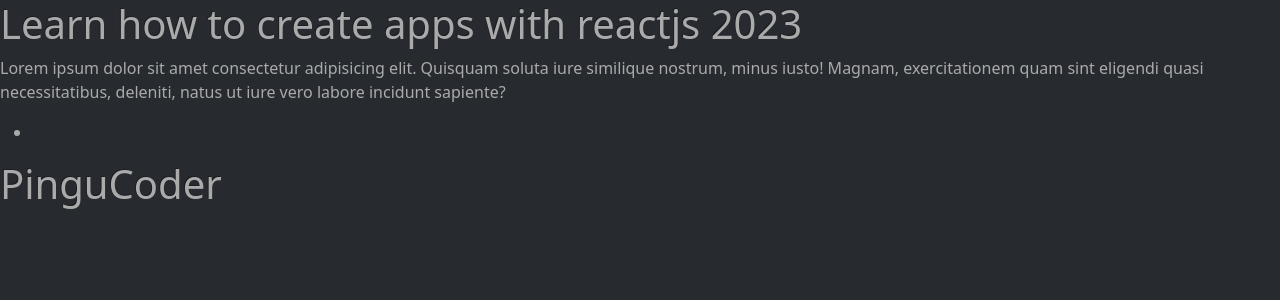
Repository: chanwarichawki/React-BC
Page: /
The author's editor kept a copy of each file at every save. The page is drawn from the files as they stood at one save, then again after a run of saves.
The browser window is 1280 px wide. The pictures show the whole page.
Some web libraries are served in a nearby version. The project was rebuilt for these pictures with package versions that can differ from the ones it lists, and the page was loaded fresh each time. Also part of the build but not shown: vite.config.js.

Above is the page before, as saved 2024-01-15 13:53:17.

After the next 5 saves:
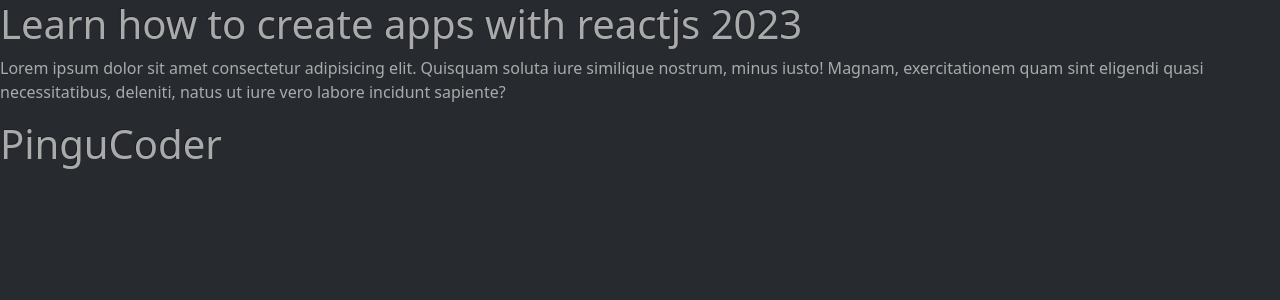
The 5 saves are shown as one change because they came seconds apart.
The last was saved 83 s later.
--- a/src/components/Products.jsx
+++ b/src/components/Products.jsx
@@ -20,9 +20,9 @@
       <p>Lorem ipsum dolor sit amet consectetur adipisicing elit. Quisquam soluta iure similique nostrum, minus iusto! Magnam, exercitationem quam sint eligendi quasi necessitatibus, deleniti, natus ut iure vero labore incidunt sapiente?</p>
       <ul>
         {products.map((product) => {
+          <li></li>
+        })}
 
-        })}
-        <li></li>
       </ul>
     </div>
   )
